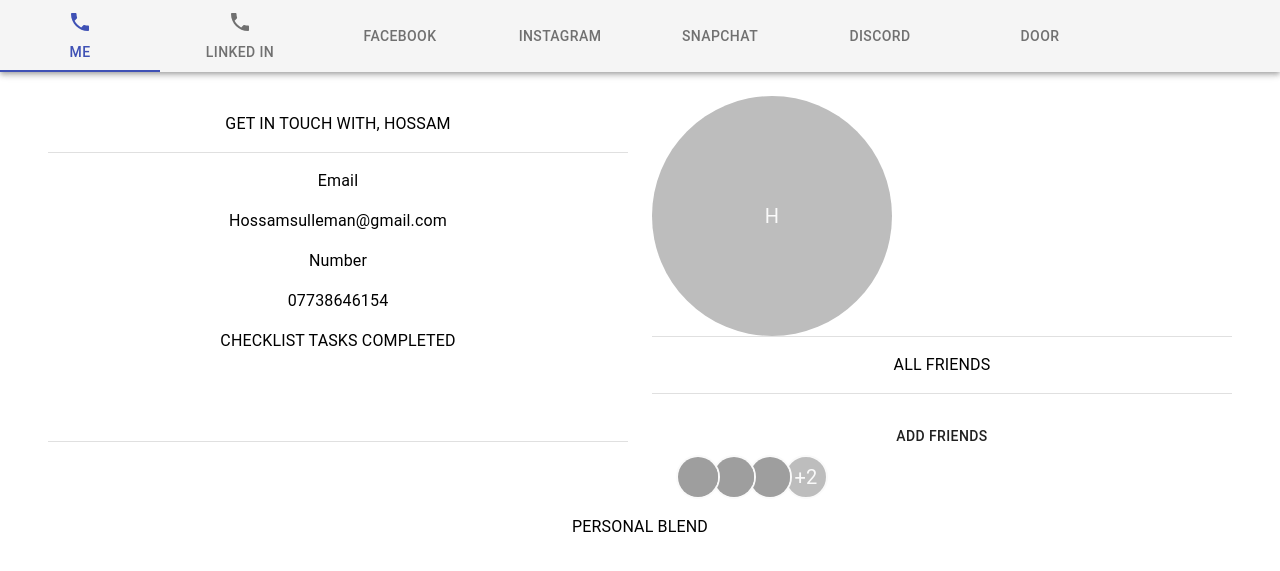
Repository: hossamsulleman1/CONTACTME
Page: / (app in my-app/)
An editor plug-in stored every save of this project. The page is shown before and after the next save, followed by the edit.
The browser window is 1280 px wide. The pictures show the whole page.
Pictures or frames that could not be fetched are drawn as grey boxes. The project was rebuilt for these pictures with package versions that can differ from the ones it lists, and the page was loaded fresh each time. Also part of the build but not shown: my-app/src/Components/PageProp.jsx.

Above is the page before, as saved 2020-11-08 10:52:02.

After the next save:
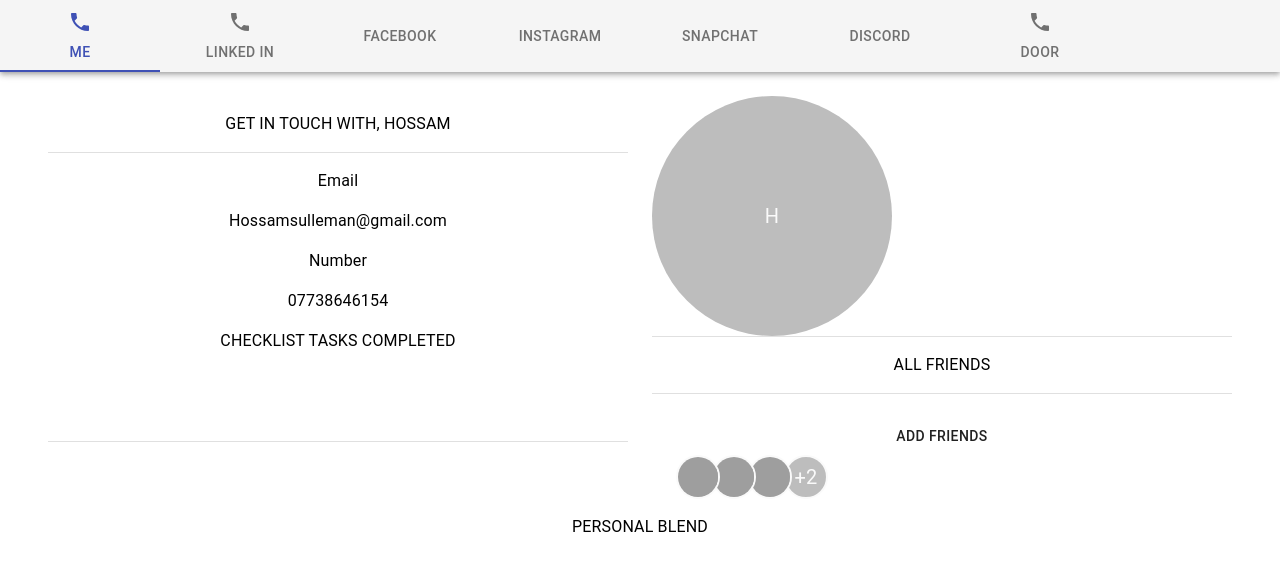
Saved 6 s later.
--- a/my-app/src/Components/IconNav.jsx
+++ b/my-app/src/Components/IconNav.jsx
@@ -79,7 +79,7 @@ export default function IconNav() {
           <Tab label="Instagram" {...a11yProps(3)} />
           <Tab label="Snapchat" {...a11yProps(4)} />
           <Tab label="Discord" {...a11yProps(5)} />
-          <Tab label="DOOR"  {...a11yProps(6)} />
+          <Tab label="DOOR" icon={<PhoneIcon />}  {...a11yProps(6)} />
         </Tabs>
       </AppBar>
       <TabPanel value={value} index={0}>
